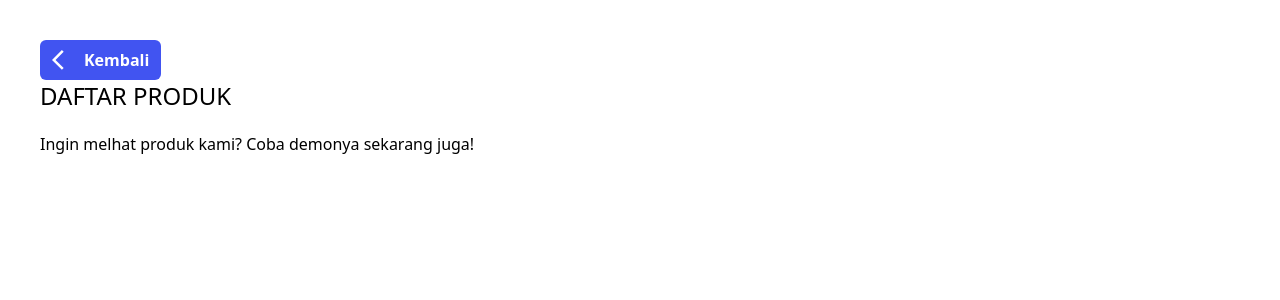
Repository: whytrno/sinovi-products
Page: /products
The author's editor kept a copy of each file at every save. The page is drawn from the files as they stood at one save, then again after the next save.
The browser window is 1280 px wide. The pictures show the whole page.
The project was rebuilt for these pictures with package versions that can differ from the ones it lists, and the page was loaded fresh each time. The framework's server and built-in components were replaced by stand-ins that run in the browser. Also part of the build but not shown: next.config.js.

Above is the page before, as saved 2023-02-25 00:11:57.

After the next save:
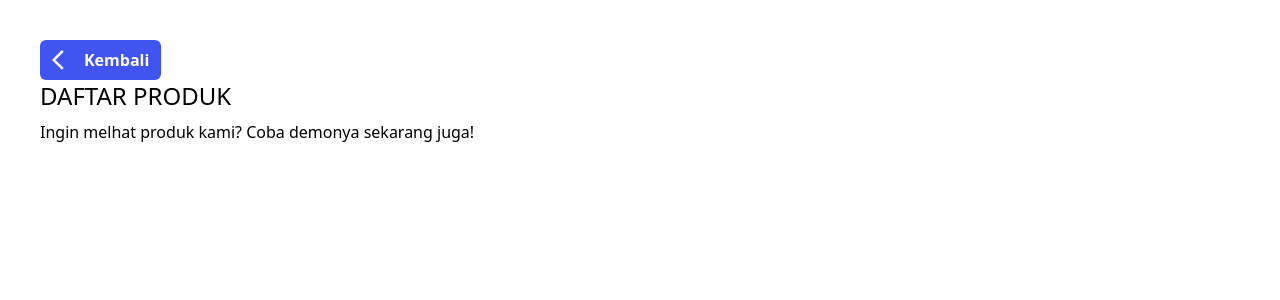
Saved 7 s later.
--- a/pages/products.js
+++ b/pages/products.js
@@ -9,7 +9,7 @@
                 <p className="text-md font-semibold">Kembali</p>
             </Link>
 
-            <div className="space-y-5">
+            <div className="space-y-2">
                 <h1 className="text-2xl">DAFTAR PRODUK</h1>
                 <p className="text-md">Ingin melhat produk kami? Coba demonya sekarang juga!</p>
             </div>
